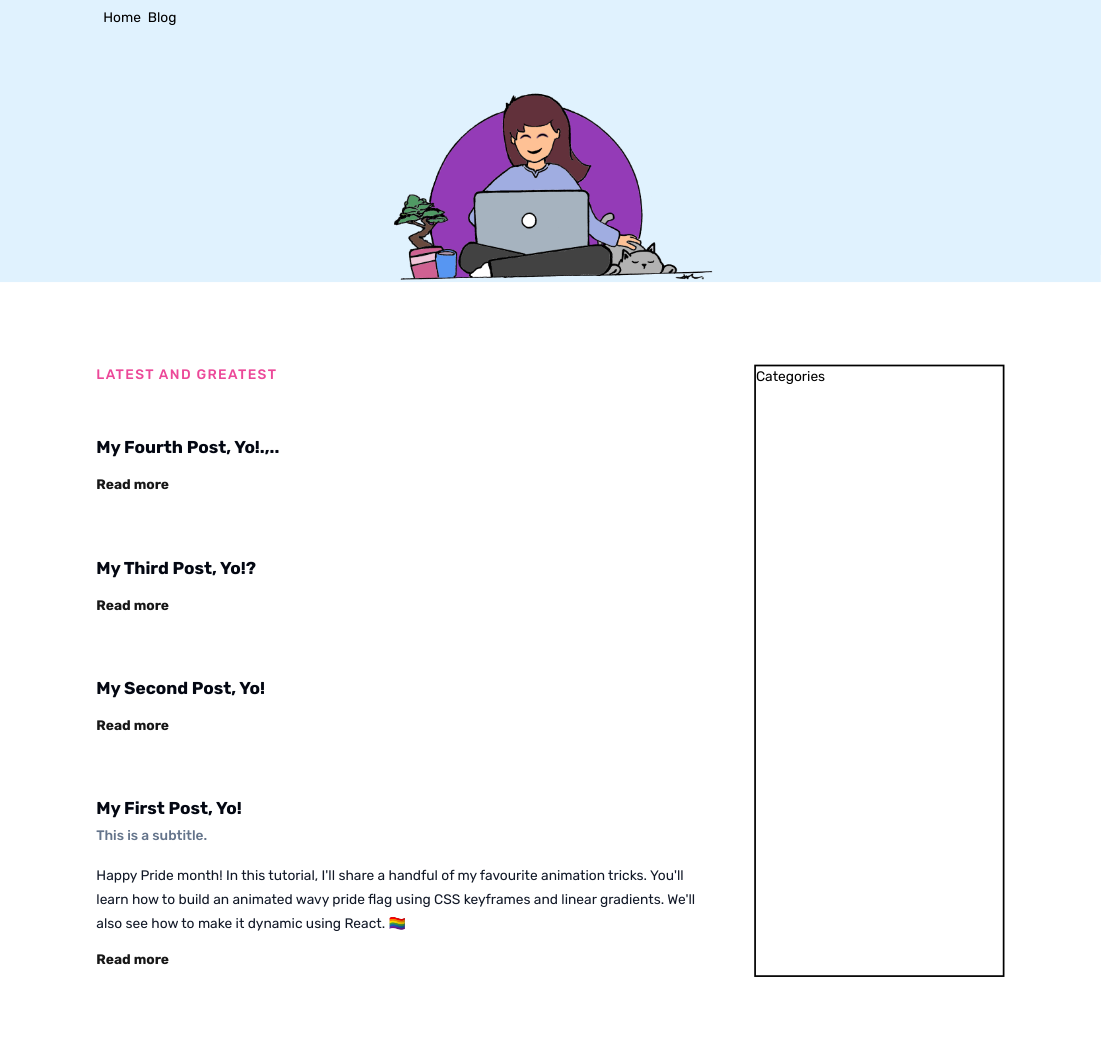
Repository: Risclover/markdown-blog
Page: /
The author's editor kept a copy of each file at every save. The page is drawn from the files as they stood at one save, then again after the next save.
The browser window is 1280 px wide. The pictures show the whole page, at 86% of full size.
The project was rebuilt for these pictures with package versions that can differ from the ones it lists, and the page was loaded fresh each time. Also part of the build but not shown: src/ErrorPage.js, src/pages/PostPage/PostPage.js.

Above is the page before, as saved 2023-06-29 04:33:52.

After the next save:
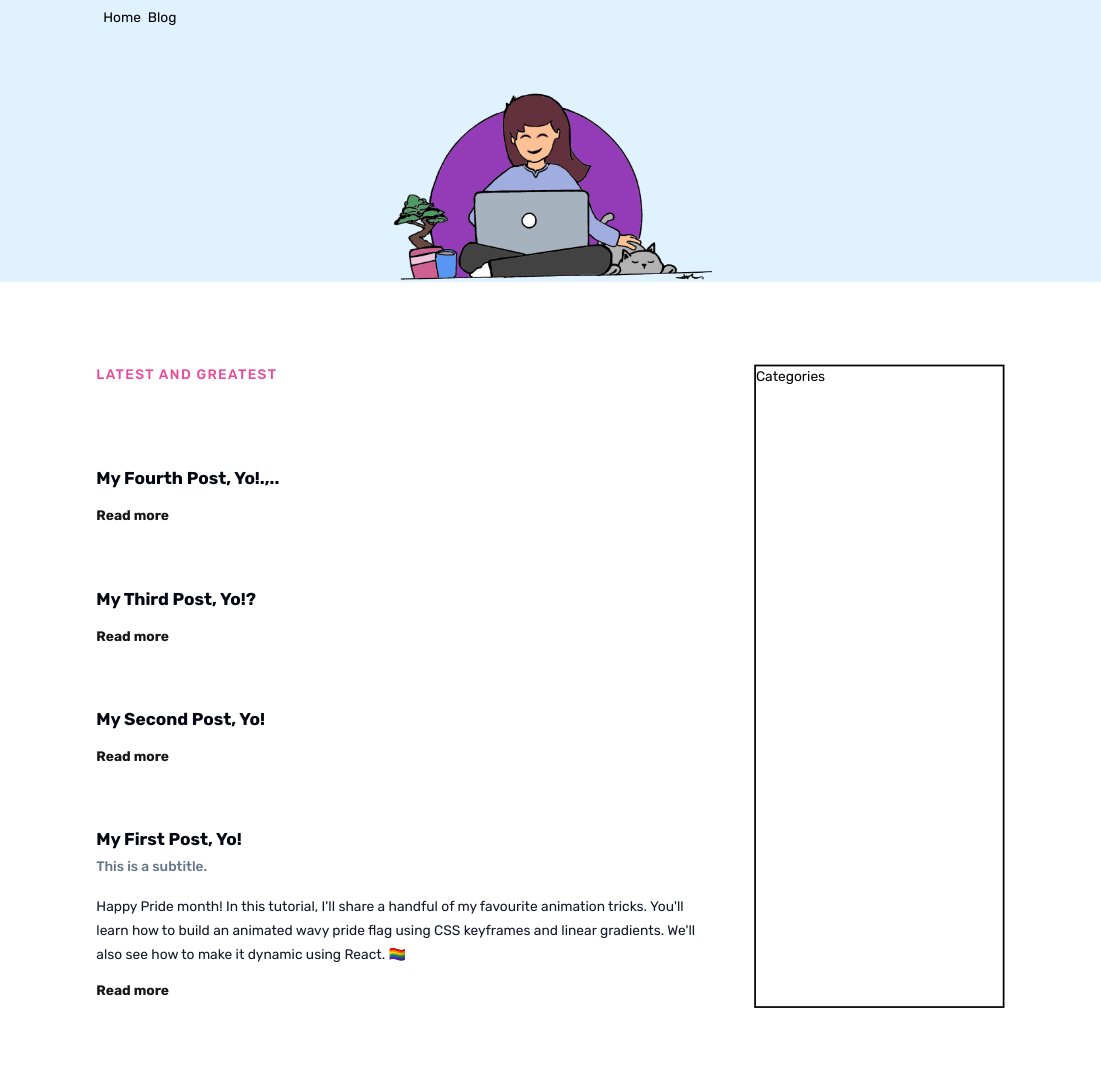
Saved 98 s later.
--- a/src/pages/Home/Home.js
+++ b/src/pages/Home/Home.js
@@ -17,7 +17,7 @@ export default function Home() {
   return (
     <main className="container px-12 py-24 font-sans mx-auto max-w-6xl w-full flex">
       <section className="mr-16">
-        <h2 className="uppercase text-base font-medium tracking-widest text-pink-500">
+        <h2 className="uppercase text-base font-medium tracking-widest text-pink-500 mb-9">
           Latest and Greatest
         </h2>
         <div className="grid grid-cols-1 gap-1 grid-flow-row ">
